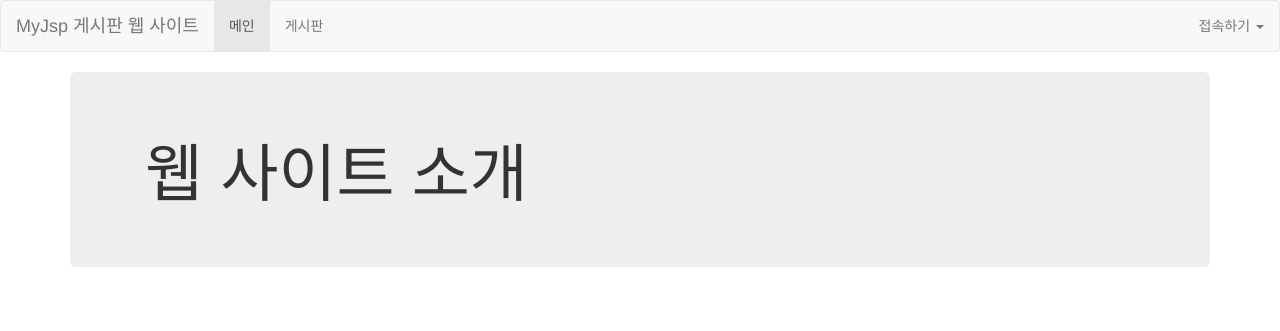
Repository: Ji3un/JspBoard
Page: http://localhost/BBS/main.jsp
These files come from the project's save history. The page is drawn as it stood at one moment and after the next save; the edit follows.
The browser window is 1280 px wide. The pictures show the whole page.
Some web libraries are served in a nearby version. The page is served by Tomcat 9. Other server files are loaded and not shown.

Above is the page before, as saved 2017-10-03 16:06:01.

### BBS/WebContent/main.jsp
<%@ page language="java" contentType="text/html; charset=UTF-8"
	pageEncoding="UTF-8"%>
<%@ page import="java.io.PrintWriter"%>
<!DOCTYPE html>
<html>
<head>
<meta name="viewport" content="width=device-width" , initial-scale="1">
<meta http-equiv="Content-Type" content="text/html; charset=UTF-8">
<link rel="stylesheet" href="css/bootstrap.css">
<title>Welcome</title>
</head>
<body>
	<%
		String userID = null;
		if (session.getAttribute("userID") != null) {
			userID = (String) session.getAttribute("userID");
		}
	%>
	<nav class="navbar navbar-default">
		<div class="navbar-header">
			<button type="button" class="navbar-toggle collapsed"
				data-toggle="collapse" data-target="#bs-example-navbar-collapse-1"
				aria-expanded="false">
				<span class="icon-bar"></span> <span class="icon-bar"></span> <span
					class="icon-bar"></span>
			</button>
			<a class="navbar-brand" href="main.jsp">MyJsp 게시판 웹 사이트</a>
		</div>
		<div class="collapse navbar-collapse"
			id="#bs-example-navbar-collapse-1">
			<ul class="nav navbar-nav">
				<li class="active"><a href="main.jsp">메인</a></li>
				<li><a href="bbs.jsp">게시판</a></li>
			</ul>
			<%
				if (userID == null) {
			%>
			<ul class="nav navbar-nav navbar-right">
				<li class="dropdown"><a class="dropdown-toggle"
					data-toggle="dropdown" role="button" href="#" aria-haspopup="true"
					aria-expanded="false"> 접속하기 <span class="caret"></span>
				</a>
					<ul class="dropdown-menu">
						<li><a href="login.jsp">로그인</a></li>
						<li><a href="join.jsp">회원가입</a></li>
					</ul></li>
			</ul>
			<%
				} else {
			%>
			<ul class="nav navbar-nav navbar-right">
				<li class="dropdown"><a class="dropdown-toggle"
					data-toggle="dropdown" role="button" href="#" aria-haspopup="true"
					aria-expanded="false"> 회원관리<span class="caret"></span>
				</a>
					<ul class="dropdown-menu">
						<li><a href="logoutAction.jsp">로그아웃</a></li>
					</ul></li>
			</ul>
			<%
				}
			%>
		</div>
	</nav>
	<div class="container">
		<div class="jumbotron">
			<div class="container">
				<h1>웹 사이트 소개</h1>
			</div>
		</div>
	</div>
	<script src="https://code.jquery.com/jquery-3.2.1.min.js"></script>
	<script src="js/bootstrap.js"></script>
</body>
</html>

Loaded but not shown: BBS/WebContent/css/bootstrap.css (library); BBS/WebContent/js/bootstrap.js (library)

After the next save:
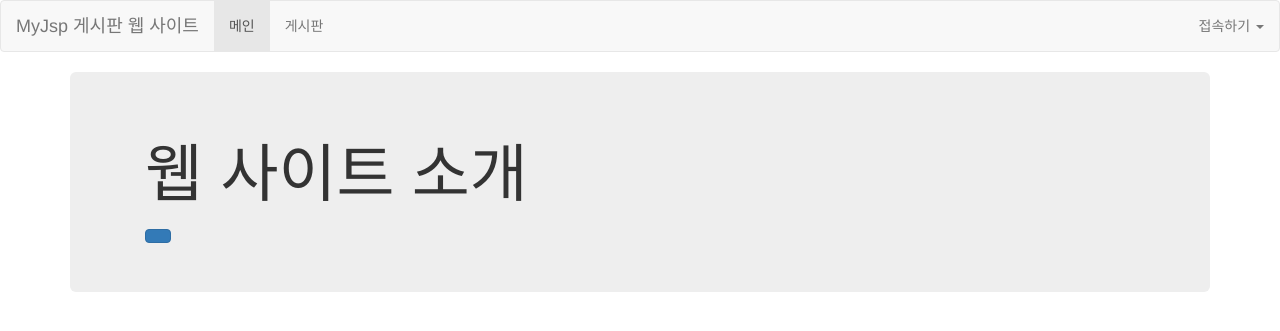
Saved 2 min 37 s later.
--- a/BBS/WebContent/main.jsp
+++ b/BBS/WebContent/main.jsp
@@ -66,6 +66,8 @@
 		<div class="jumbotron">
 			<div class="container">
 				<h1>웹 사이트 소개</h1>
+				<p></p>
+				<a class="btn btn-primary btn-pull" href="m.3uneee.com" target="_blank"></a>
 			</div>
 		</div>
 	</div>
